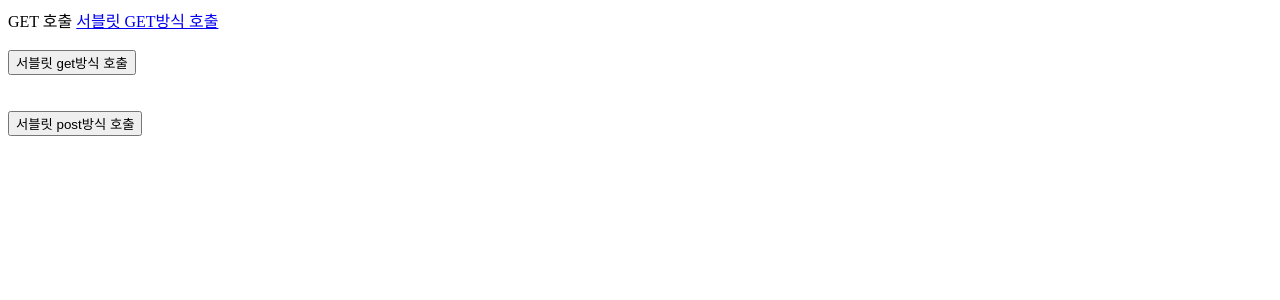
Repository: Won-Hyuk-Lee/kosta_java
Page: http://localhost/web_prj/Practice_Servlet_Call.jsp
The author's editor kept a copy of each file at every save. The page is drawn from the files as they stood at one save, then again after the next save.
The browser window is 1280 px wide. The pictures show the whole page.
The page is served by Tomcat 9. Nobody is signed in. The application's start-up code is not run.

Above is the page before, as saved 2024-05-21 07:31:01.

After the next save:
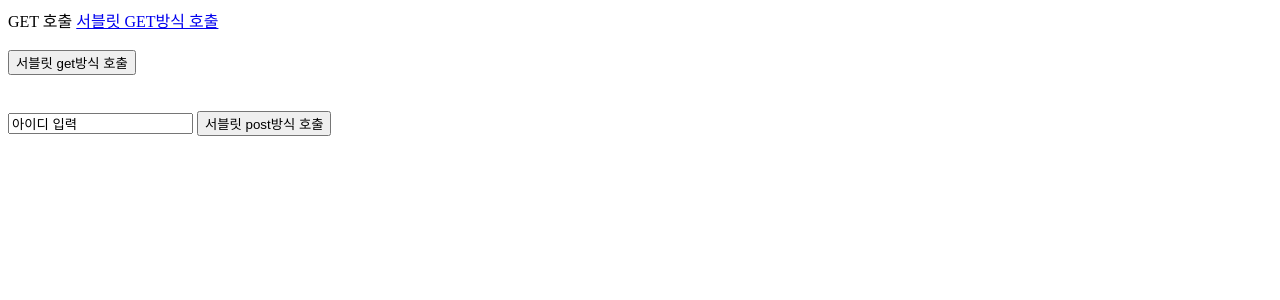
Saved 40 s later.
--- a/web_prj/src/main/webapp/Practice_Servlet_Call.jsp
+++ b/web_prj/src/main/webapp/Practice_Servlet_Call.jsp
@@ -16,6 +16,7 @@ GET 호출
 </form><br><br>
 
 <form method="post" action="/board_servlet_url">
+	<input type = "text" value = "아이디 입력">
 	<input type = "submit" value = "서블릿 post방식 호출">
 </form><br><br>
 </body>
